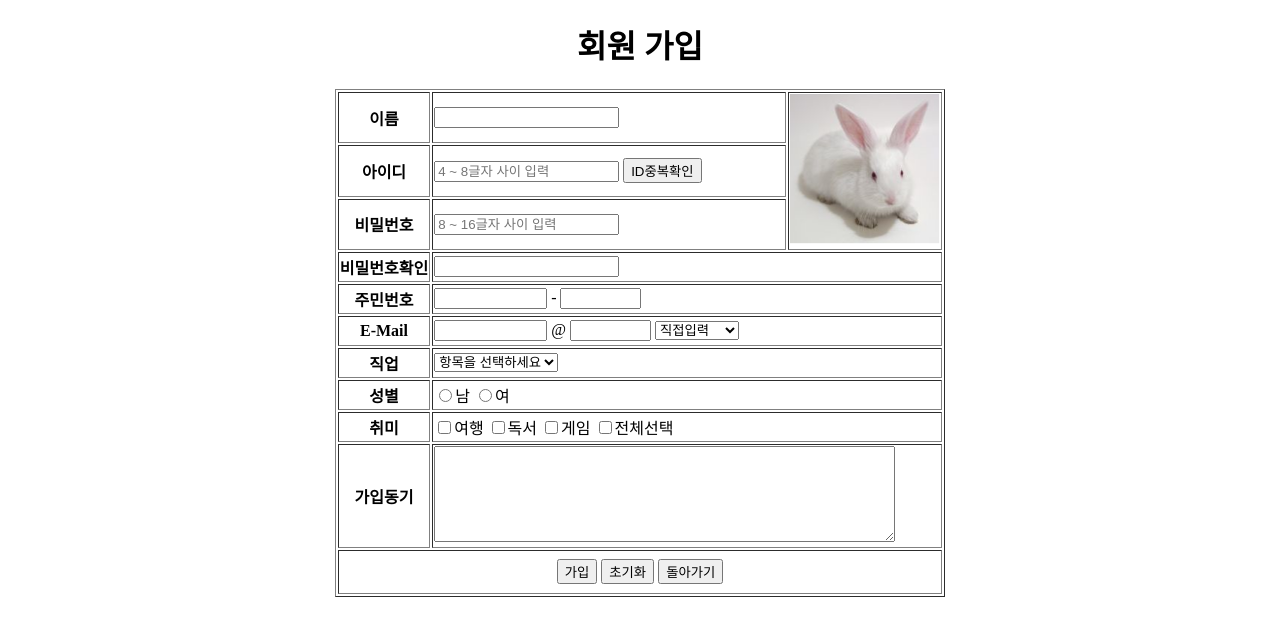
Repository: KimMinseooo/itwillStudy
Page: BACKEND/JSP/workspace_jsp/StudyHTML/src/main/webapp/1025/final_exam.html
These files come from the project's save history. The page is drawn as it stood at one moment and after the next save; the edit follows.
The browser window is 1280 px wide. The pictures show the whole page.

Above is the page before, as saved 2024-10-25 06:17:19.

After the next save:
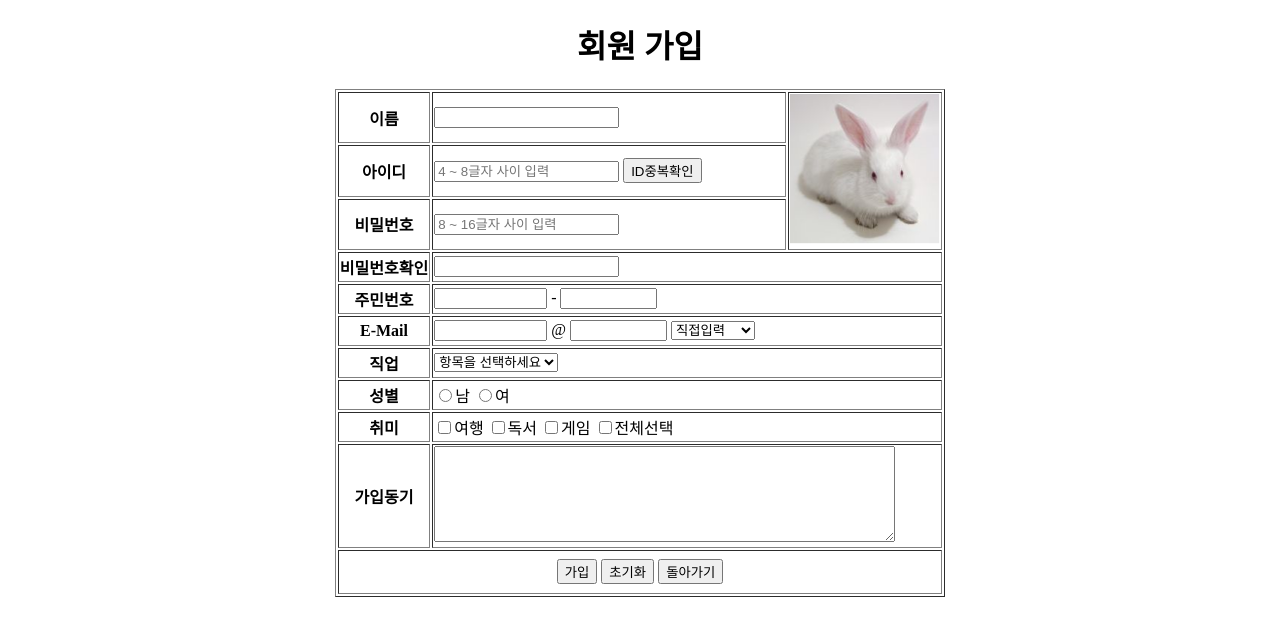
Saved 10 s later.
--- a/BACKEND/JSP/workspace_jsp/StudyHTML/src/main/webapp/1025/final_exam.html
+++ b/BACKEND/JSP/workspace_jsp/StudyHTML/src/main/webapp/1025/final_exam.html
@@ -42,13 +42,13 @@
 			<tr height="30">
 			<td align="center" style="font-weight: bold;">주민번호</td>
 			<td colspan="2">
-				<input type="text" size="11"> - <input type="password" size="7">
+				<input type="text" size="11"> - <input type="password" size="9">
 			</td>
 			</tr>
 			<tr height="30">
 			<td align="center" style="font-weight: bold;">E-Mail</td>
 			<td colspan="2">
-				<input type="text" size="11"> @ <input type="text" size="7">
+				<input type="text" size="11"> @ <input type="text" size="9">
 				<select>
 					<option >직접입력</option>
 					<option>naver.com</option>
